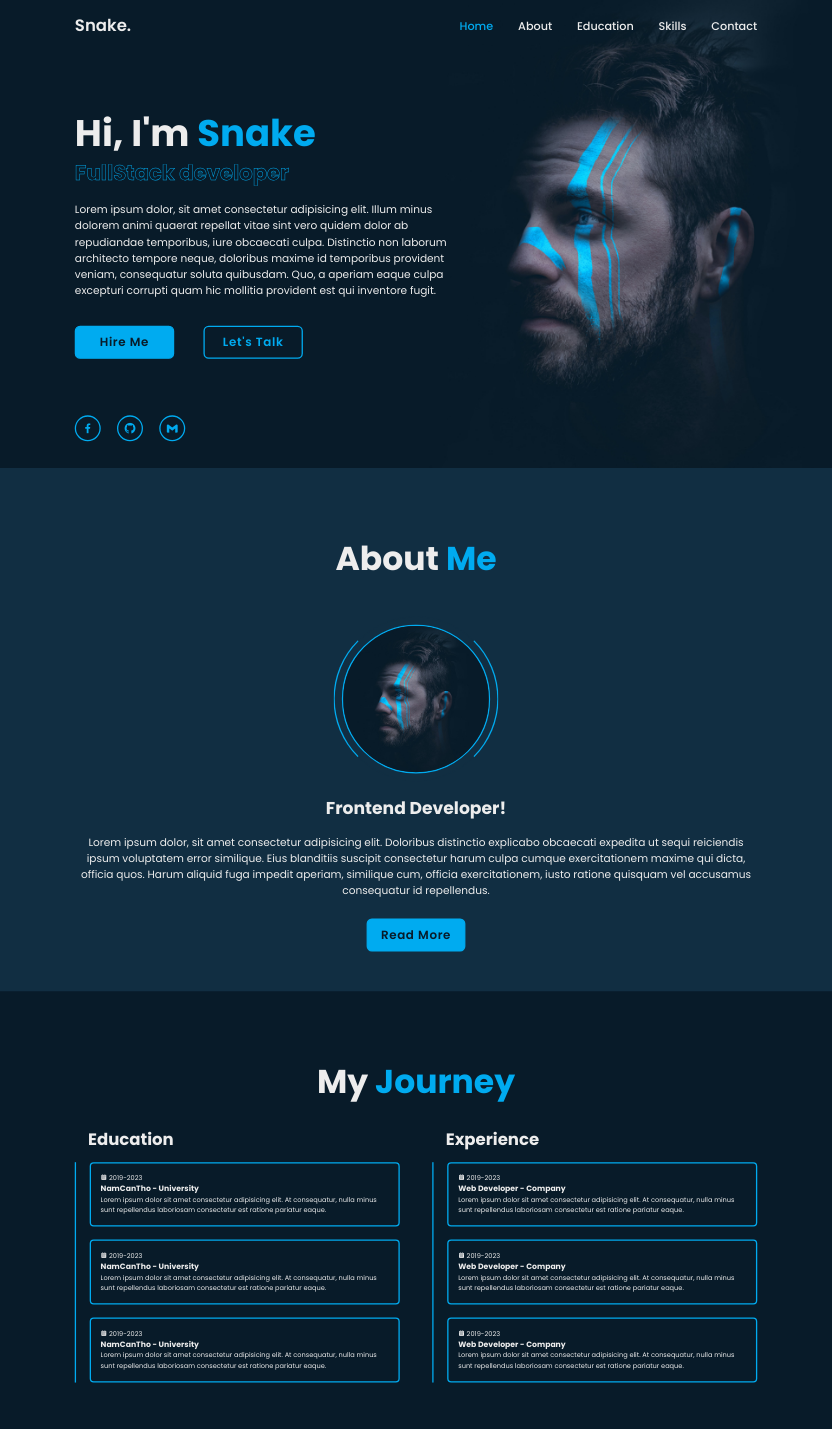
Repository: Tanty102/About_Me
Page: index.html
An editor plug-in stored every save of this project. The page is shown before and after the next save, followed by the edit.
The browser window is 1280 px wide. The pictures show the whole page, at 65% of full size.

Above is the page before, as saved 2023-09-12 18:39:53.

After the next save:
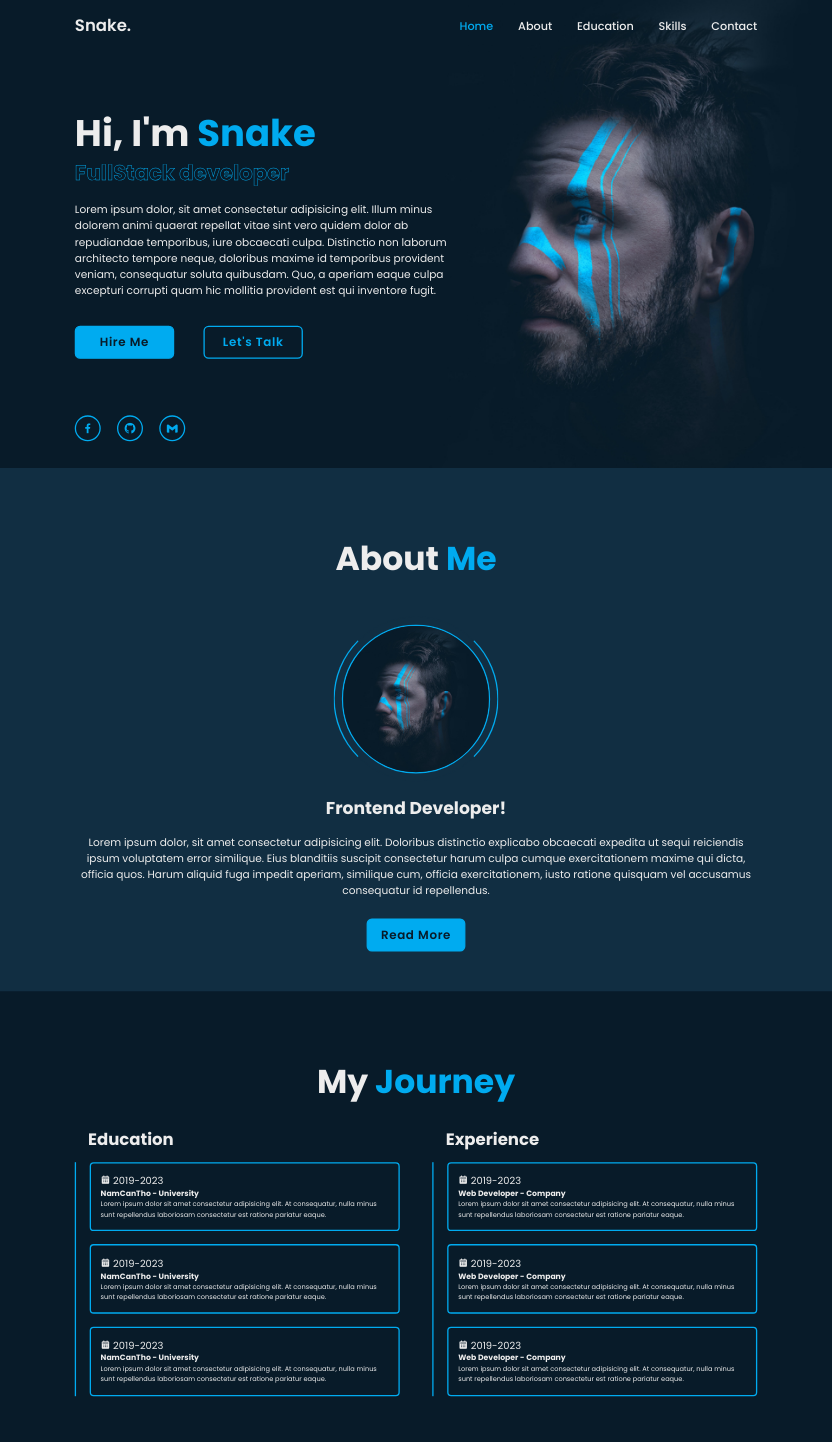
Saved 5 s later.
--- a/style.css
+++ b/style.css
@@ -340,5 +340,6 @@ span {
 }
 
 .education-content .content .year {
-  fs
-}
+  font-size: 1.5rem;
+  co
+}
